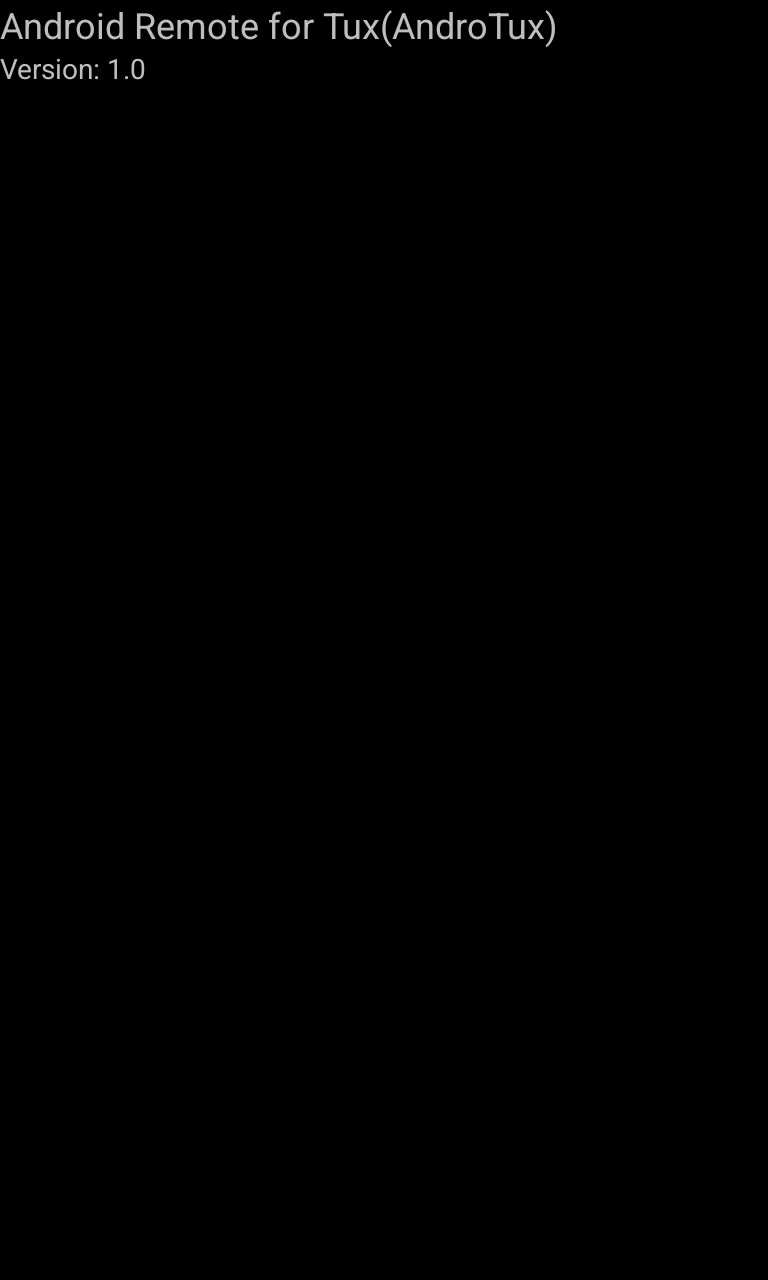
Repository: itayrom/androtux
Layout: app/AndroTux/res/layout/fragment_about.xml
These files come from the project's save history. The layout is drawn as it stood at one moment and after the next save; the edit follows.
It is drawn on a 768 x 1280 px phone screen (xhdpi) without system bars, with theme android:Theme.NoTitleBar.Fullscreen; the app's code is not run.

Above is the layout before, as saved 2014-09-09 12:16:04.

### app/AndroTux/res/layout/fragment_about.xml
<!--
  Android Remote for Tux (AndroTux)
  Copyright (C) 2014 Itay Rom <1t4yr0m@gmail.com> Tal Sabo <tal.sabo@gmail.com>

  This program is free software: you can redistribute it and/or modify
  it under the terms of the GNU General Public License as published by
  the Free Software Foundation, either version 3 of the License, or
  (at your option) any later version.

  This program is distributed in the hope that it will be useful,
  but WITHOUT ANY WARRANTY; without even the implied warranty of
  MERCHANTABILITY or FITNESS FOR A PARTICULAR PURPOSE.  See the
  GNU General Public License for more details.

  You should have received a copy of the GNU General Public License
  along with this program.  If not, see <http://www.gnu.org/licenses/>.
-->
<LinearLayout xmlns:android="http://schemas.android.com/apk/res/android"
    android:layout_width="fill_parent"
    android:layout_height="fill_parent"
    android:orientation="vertical" >

    <TextView
        android:layout_width="fill_parent"
        android:layout_height="wrap_content"
        android:text="@string/about_app_name"
        android:textSize="18sp"/>

    <TextView
        android:layout_width="wrap_content"
        android:layout_height="wrap_content"
        android:text="@string/about_app_version" />

</LinearLayout>

### app/AndroTux/res/values/strings.xml
<?xml version="1.0" encoding="utf-8"?>
<resources>

    <string name="app_name">AndroTux</string>
    <string name="action_settings">Settings</string>

    <string name="error_alertdialog_title">Warning</string>
    <string name="must_connect_first_msg">You must connect to an AndroTux server first!</string>
    <string name="connecting">Connecting</string>

    <string name="about_app_name">Android Remote for Tux(AndroTux)</string>
    <string name="about_app_version">Version: 1.0</string>

</resources>

After the next save:
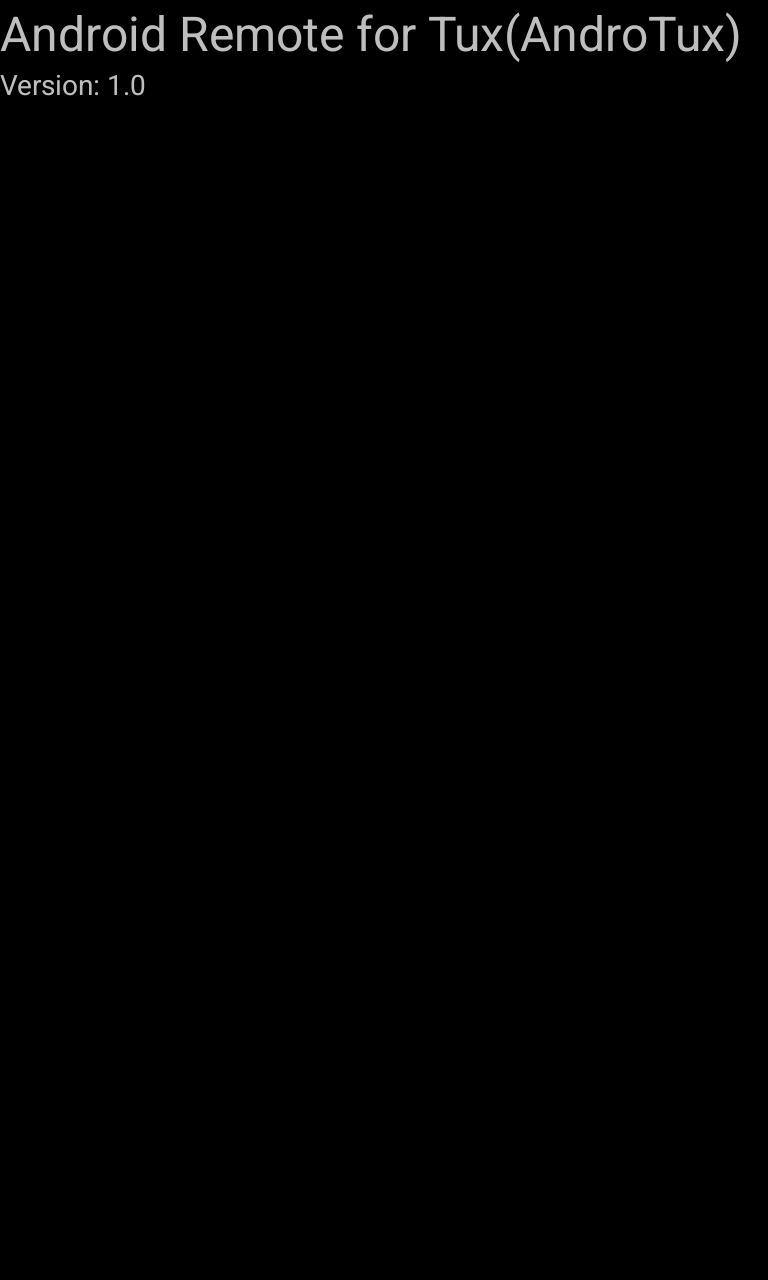
Saved 5 s later.
--- a/app/AndroTux/res/layout/fragment_about.xml
+++ b/app/AndroTux/res/layout/fragment_about.xml
@@ -24,7 +24,7 @@
         android:layout_width="fill_parent"
         android:layout_height="wrap_content"
         android:text="@string/about_app_name"
-        android:textSize="18sp"/>
+        android:textSize="24sp"/>
 
     <TextView
         android:layout_width="wrap_content"
